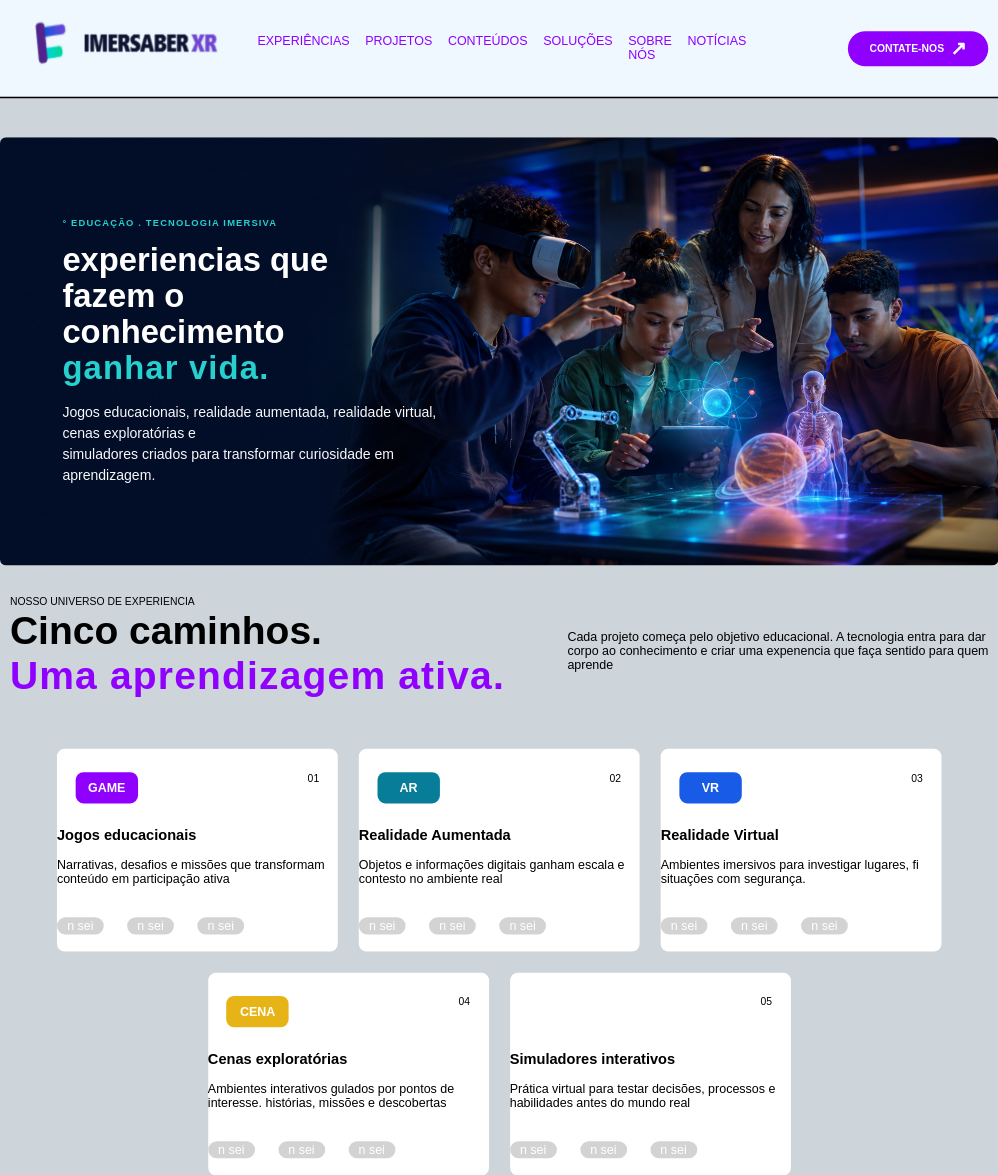
Repository: antonymsantana-design/Avaliacao.Parte.01
Page: html/index.html
These files come from the project's save history. The page is drawn as it stood at one moment and after a run of saves; the edit follows.
The browser window is 1280 px wide. The pictures show the whole page, at 78% of full size.

Above is the page before, as saved 2026-08-29 21:09:07.

After the next 3 saves:
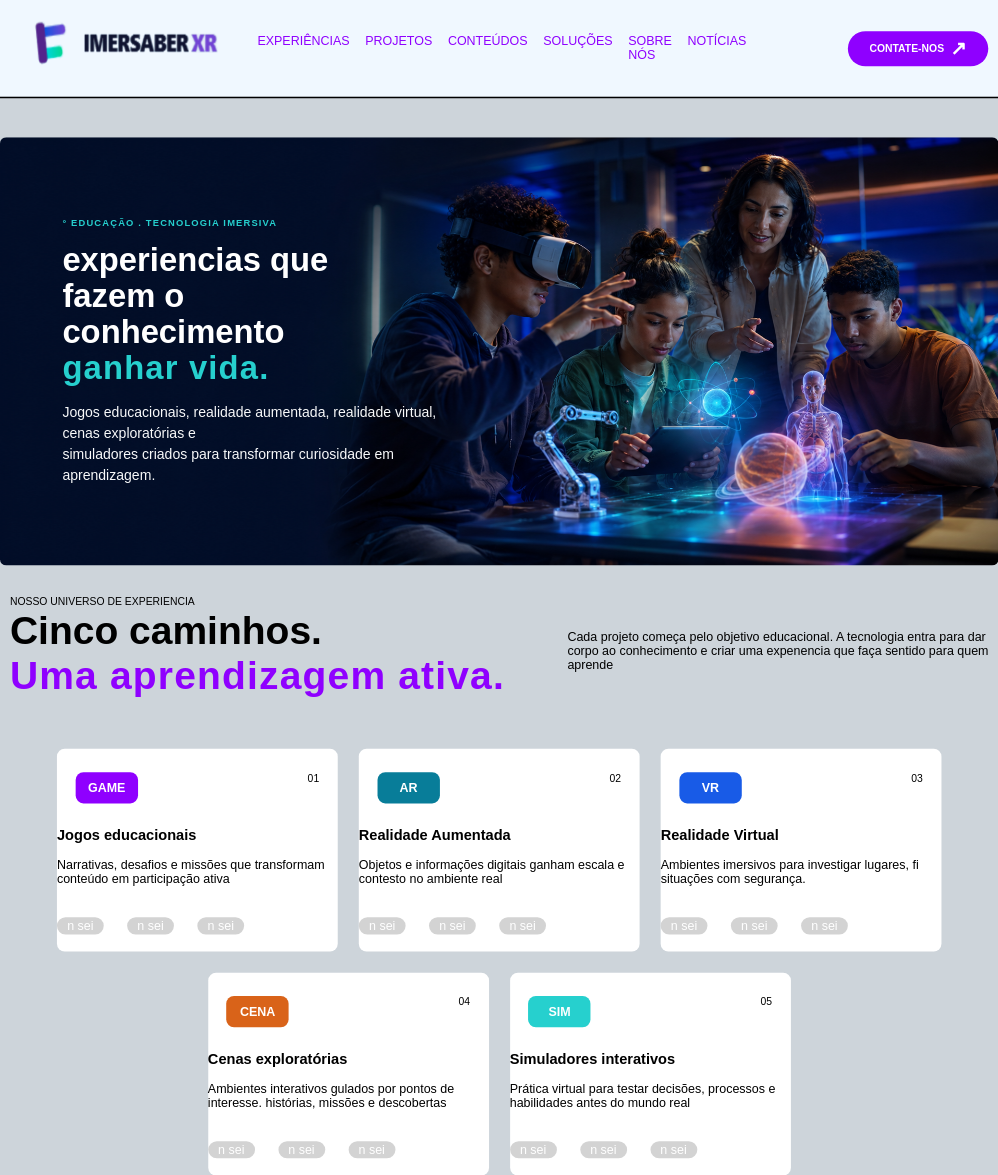
The 3 saves are shown as one change because they came seconds apart.
The last was saved 20 s later.
--- a/css/Style.css
+++ b/css/Style.css
@@ -208,5 +208,9 @@ span {
 }
 
 .crd4{
-    background-color: #E7B418;
-}
+    background-color: #D96319;
+}
+
+.crd5{
+    background-color: #26D0CE;
+}
